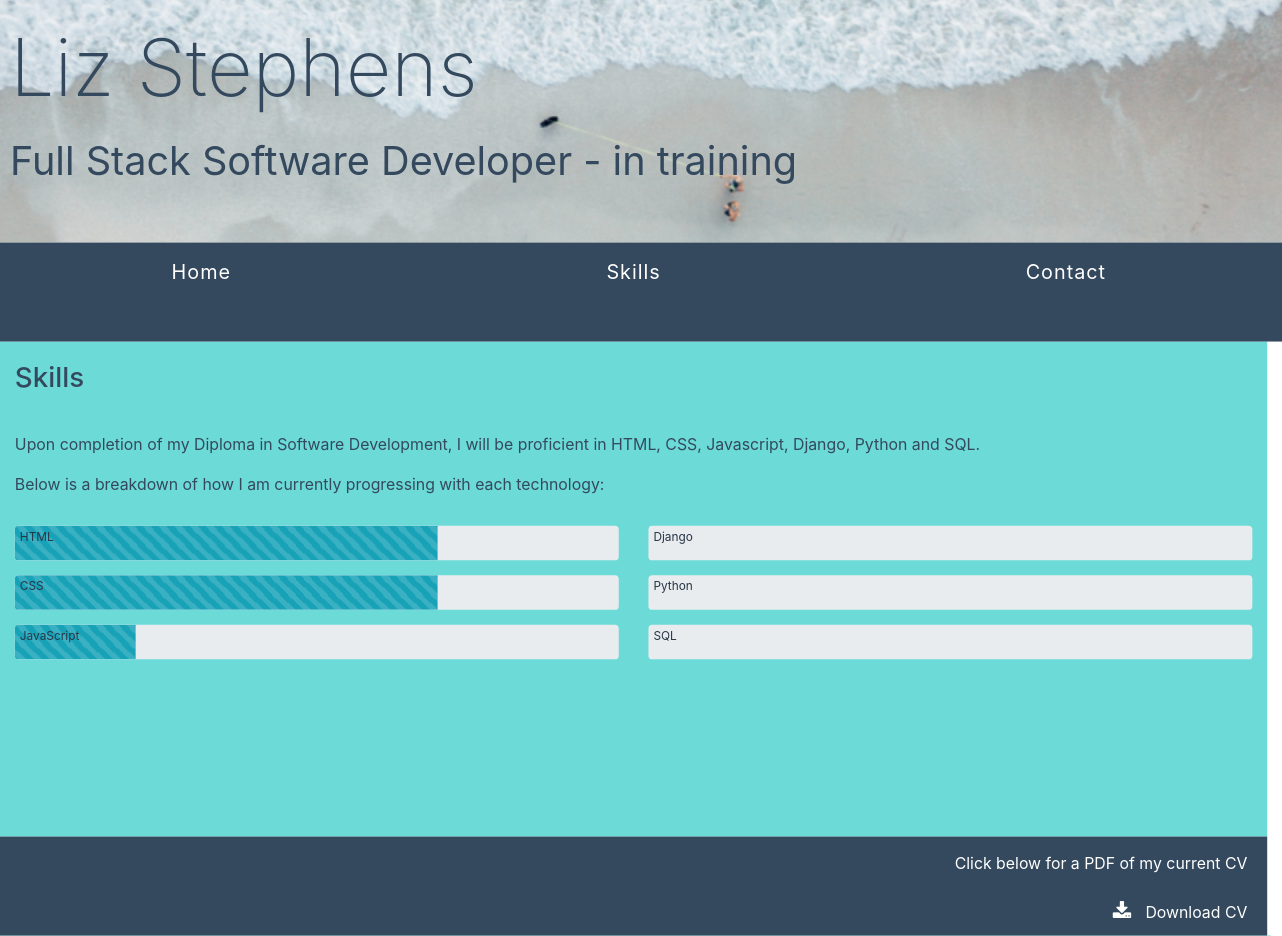
Repository: Liz94688/portfolio-site
Page: skills.html
The author's editor kept a record of every edit. The page is drawn from the files as they stood at one moment, then again after the next edit.
The browser window is 1280 px wide. The page is 1295 px wide, so the pictures cover 1295 px, including what lies to the right of the window. The pictures show the whole page, at 99% of full size.

Above is the page before.

After the next edit:
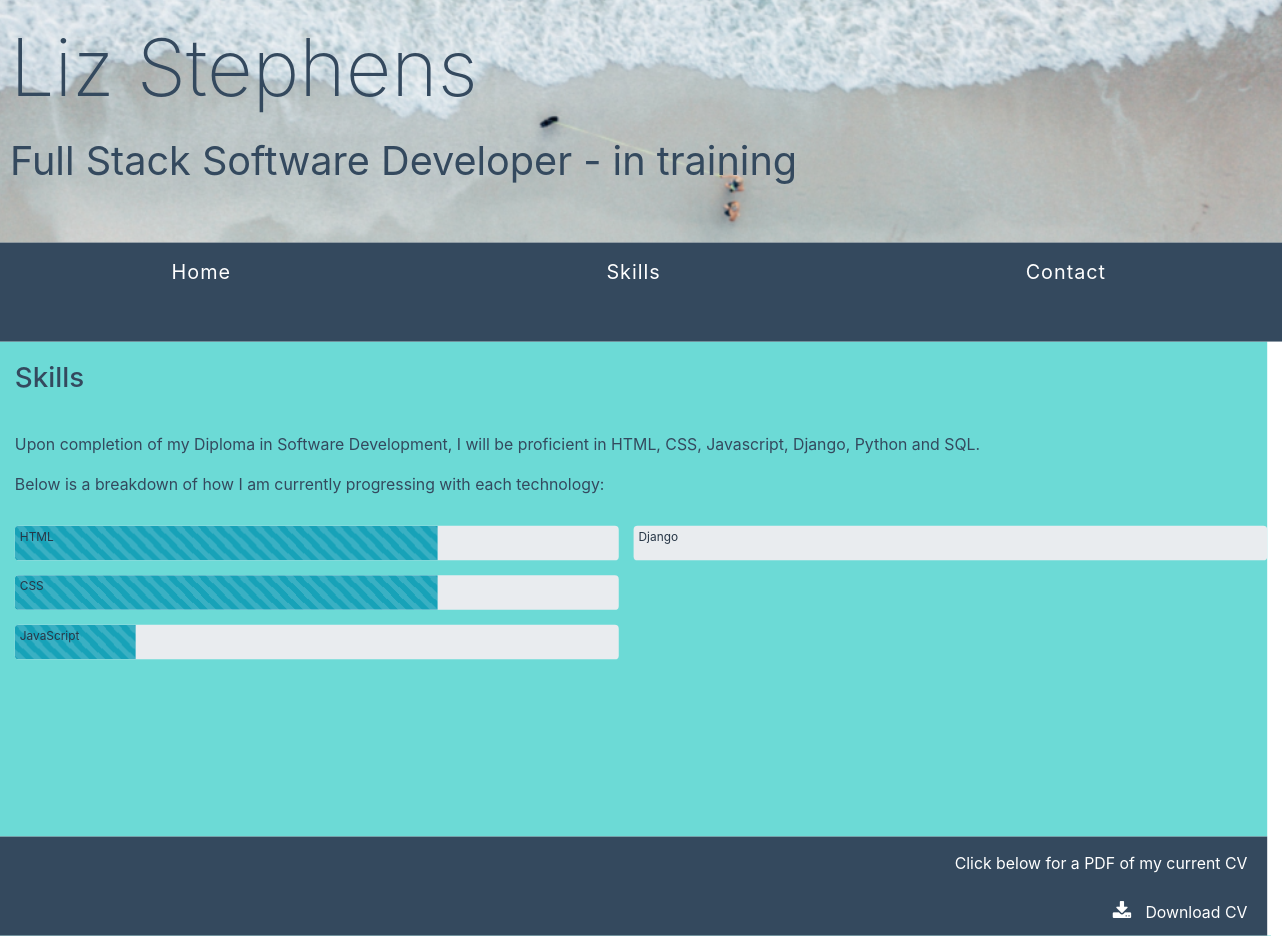
The edit:
--- a/skills.html
+++ b/skills.html
@@ -68,28 +68,24 @@
                     <span class="progress-type ">JavaScript</span>
                 </div>
             </div>
-            <div class="col-12 col-md-6 ">
-                <div class="progress ">
-                    <div class="progress-bar-animated progress-bar-striped bg-info " role="progressbar " style="width: 0% " aria-valuenow="0 " aria-valuemin="0 " aria-valuemax="100 ">
-                        <span class="sr-only ">0% complete</span>
-                    </div>
-                    <span class="progress-type ">Django</span>
+            <div class="col-12 col-md-6 progress">
+                <div class="progress-bar-animated progress-bar-striped bg-info " role="progressbar " style="width: 0% " aria-valuenow="0 " aria-valuemin="0 " aria-valuemax="100 ">
+                    <span class="sr-only ">0% complete</span>
                 </div>
-                <div class="progress ">
-                    <div class="progress-bar-animated progress-bar-striped bg-info " role="progressbar " style="width: 0% " aria-valuenow="0 " aria-valuemin="0 " aria-valuemax="100 ">
-                        <span class="sr-only ">0% complete</span>
-                    </div>
-                    <span class="progress-type ">Python</span>
+                <span class="progress-type ">Django</span>
+            </div>
+            <div class="progress ">
+                <div class="progress-bar-animated progress-bar-striped bg-info " role="progressbar " style="width: 0% " aria-valuenow="0 " aria-valuemin="0 " aria-valuemax="100 ">
+                    <span class="sr-only ">0% complete</span>
                 </div>
-                <div class="progress ">
-                    <div class="progress-bar-animated progress-bar-striped bg-info " role="progressbar " style="width: 0% " aria-valuenow="0 " aria-valuemin="0 " aria-valuemax="100 ">
-                        <span class="sr-only ">0% complete</span>
-                    </div>
-                    <span class="progress-type ">SQL</span>
+                <span class="progress-type ">Python</span>
+            </div>
+            <div class="progress ">
+                <div class="progress-bar-animated progress-bar-striped bg-info " role="progressbar " style="width: 0% " aria-valuenow="0 " aria-valuemin="0 " aria-valuemax="100 ">
+                    <span class="sr-only ">0% complete</span>
                 </div>
+                <span class="progress-type ">SQL</span>
             </div>
-        </div>
-        </div>
         </div>
     </section>
 
